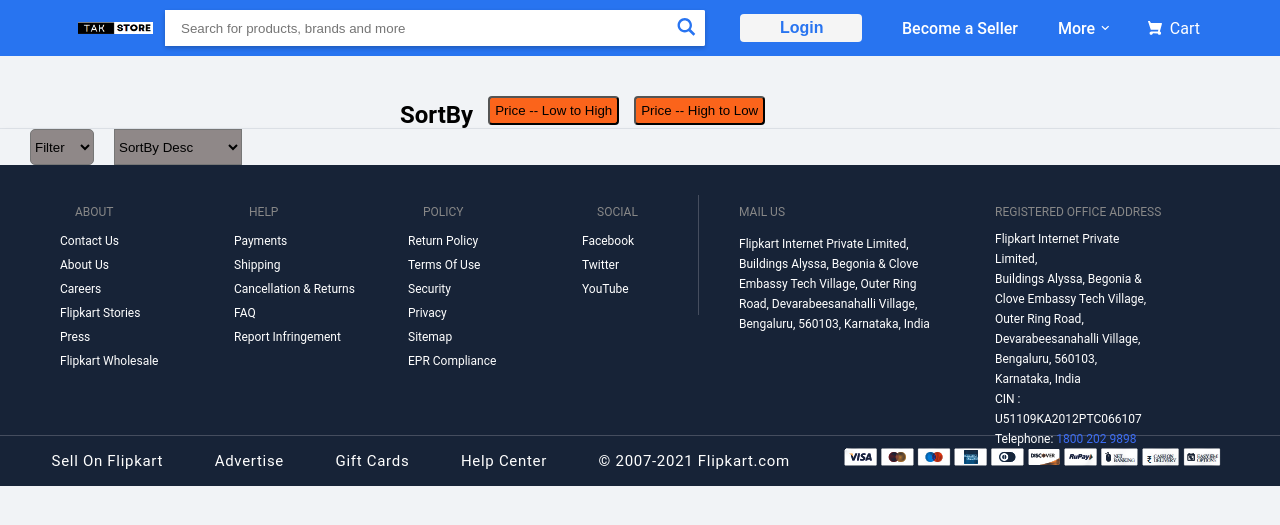
Repository: MSaifKhan01/TAK-Store
Page: PROJECT_Front/fashion.html
The author's editor kept a copy of each file at every save. The page is drawn from the files as they stood at one save, then again after the next save.
The browser window is 1280 px wide. The pictures show the whole page.
The page's requests for data from a server got no answer.

Above is the page before, as saved 2023-07-22 01:07:32.

### PROJECT_Front/fashion.html
<!DOCTYPE html>
<html lang="en">

<head>
    <meta charset="UTF-8">
    <meta http-equiv="X-UA-Compatible" content="IE=edge">
    <meta name="viewport" content="width=device-width, initial-scale=1.0">
    <title>Document</title>
    <link rel="stylesheet" type="text/css" href="./CSS/fashion.css">
    <style>

    </style>
</head>

<body>
    <header>
        <div class="nav-container">
            <div class="logo">
                <img src="./flipkart images/Tak_logo.png"
                    alt="logo">
            </div>
            <div class="search">
                <div class="search-container">
                    <input id="searcBox" type="text" class="search-box" placeholder="Search for products, brands and more">
                    <button id="searchBtn" class="search-btn">
                        <svg width="20" height="20" viewBox="0 0 17 18" class="" xmlns="http://www.w3.org/2000/svg">
                            <g fill="#2874F1" fill-rule="evenodd">
                                <path class="_34RNph"
                                    d="m11.618 9.897l4.225 4.212c.092.092.101.232.02.313l-1.465 1.46c-.081.081-.221.072-.314-.02l-4.216-4.203">
                                </path>
                                <path class="_34RNph"
                                    d="m6.486 10.901c-2.42 0-4.381-1.956-4.381-4.368 0-2.413 1.961-4.369 4.381-4.369 2.42 0 4.381 1.956 4.381 4.369 0 2.413-1.961 4.368-4.381 4.368m0-10.835c-3.582 0-6.486 2.895-6.486 6.467 0 3.572 2.904 6.467 6.486 6.467 3.582 0 6.486-2.895 6.486-6.467 0-3.572-2.904-6.467-6.486-6.467">
                                </path>
                            </g>
                        </svg>
                    </button>
                </div>
            </div>
            <div class="login">
                <div class="dropdown">
                    <!-- onclick="myFunction()" -->
                    <button  class="dropbtn">Login</button>
                    <div id="myDropdown" class="dropdown-content">
                        <a href="login.html">Login</a>
                        <a href="signup.html">Register</a>
                        <a href="product.html">Admin</a>
                    </div>
                </div>
                <!-- <button>
                    <a style="text-decoration: none;" href="login.html">Login</a>

                </button> -->
            </div>
            <div class="become-seller">
                Become a Seller
            </div>
            <div class="more">
                More
                <svg width="4.7" height="8" viewBox="0 0 16 27" xmlns="http://www.w3.org/2000/svg" class="zZ3yfL">
                    <path d="M16 23.207L6.11 13.161 16 3.093 12.955 0 0 13.161l12.955 13.161z" fill="#fff"
                        class="_2gTTdy"></path>
                </svg>
            </div>
            <div class="cart">
                <svg class="V3C5bO" width="14" height="14" viewBox="0 0 16 16" xmlns="http://www.w3.org/2000/svg">
                    <path class="_1bS9ic"
                        d="M15.32 2.405H4.887C3 2.405 2.46.805 2.46.805L2.257.21C2.208.085 2.083 0 1.946 0H.336C.1 0-.064.24.024.46l.644 1.945L3.11 9.767c.047.137.175.23.32.23h8.418l-.493 1.958H3.768l.002.003c-.017 0-.033-.003-.05-.003-1.06 0-1.92.86-1.92 1.92s.86 1.92 1.92 1.92c.99 0 1.805-.75 1.91-1.712l5.55.076c.12.922.91 1.636 1.867 1.636 1.04 0 1.885-.844 1.885-1.885 0-.866-.584-1.593-1.38-1.814l2.423-8.832c.12-.433-.206-.86-.655-.86"
                        fill="#fff"></path>
                </svg>
                <a href="./addTocart.html" style="text-decoration: none;color: white;"><p>Cart <span id="span"></span></p></a>
            </div>
        </div>
    </header>
    <div class="sort">
        <h2>SortBy</h2>
        <button id="sort1">Price -- Low to High</button>
        <button id="sort2">Price -- High to Low</button>
    </div>
    <div class="main">
        <div class="leftdiv">
            <!-- filter part -->
            <div style="display: flex; margin-left: 30px; gap: 20px;">


                <div>
                    <select name="filter" id="filter">
                        <option value="filter">Filter</option>
                    </select>
                </div>
                <div>
                    <select name="featured" id="featured" data-bs-toggle="tooltip" data-bs-title="Another tooltip">
                        <option value="">SortBy Desc</option>
                        <option value="atoz">A To Z</option>
                        <option value="ztoa">Z To A</option>

                    </select>
                </div>
            </div>
        </div>
        <div class="bestofElctronic_product_item">

        </div>
    </div>



    </div>
    </div>
    <!-- footer -->

    <footer>

        <div class="footer-row">
            <div class="footer-col-1">
                <div class="footer-heading">
                    <p>ABOUT</p>
                </div>
                <div class="footer-list">
                    <a href="#">Contact Us</a>
                    <a href="#">About Us</a>
                    <a href="#">Careers</a>
                    <a href="#">Flipkart Stories</a>
                    <a href="#">Press</a>
                    <a href="#">Flipkart Wholesale</a>
                </div>
            </div>
            <div class="footer-col-2">
                <div class="footer-heading">
                    <p>HELP</p>
                </div>
                <div class="footer-list">
                    <a href="#">Payments</a>
                    <a href="#">Shipping</a>
                    <a href="#">Cancellation & Returns</a>
                    <a href="#">FAQ</a>
                    <a href="#">Report Infringement</a>

                </div>
            </div>
            <div class="footer-col-3">
                <div class="footer-heading">
                    <p>POLICY</p>
                </div>
                <div class="footer-list">
                    <a href="#">Return Policy</a>
                    <a href="#">Terms Of Use</a>
                    <a href="#">Security</a>
                    <a href="#">Privacy</a>
                    <a href="#">Sitemap</a>
                    <a href="#">EPR Compliance</a>
                </div>
            </div>
            <div class="footer-col-4">
                <div class="footer-heading">
                    <p>SOCIAL</p>
                </div>
                <div class="footer-list">
                    <a href="#">Facebook</a>
                    <a href="#">Twitter</a>
                    <a href="#">YouTube</a>

                </div>
            </div>

            <div class="footer-col-5">
                <div class="footer-heading">
                    <p>Mail Us</p>
                </div>
                <div class="footer-list">
                    <p>Flipkart Internet Private Limited,
                        Buildings Alyssa, Begonia &
                        Clove Embassy Tech Village,
                        Outer Ring Road, Devarabeesanahalli Village,
                        Bengaluru, 560103,
                        Karnataka, India</p>

                </div>
            </div>

            <div class="footer-col-6">
                <div class="footer-heading">
                    <p>Registered Office Address</p>
                </div>
                <div class="footer-list-address">
                    <p>Flipkart Internet Private Limited,</p>
                    <p>Buildings Alyssa, Begonia &</p>
                    <p>Clove Embassy Tech Village,</p>
                    <p>Outer Ring Road, Devarabeesanahalli Village,</p>
                    <p>Bengaluru, 560103,</p>
                    <p>Karnataka, India</p>
                    <p>CIN : U51109KA2012PTC066107</p>
                    <p> Telephone:<span> 1800 202 9898</span></p>

                </div>
            </div>
        </div>
        <div class="footer-row2">
            <div class="footer-row2-col">
                <p> <i class="fas fa-shopping-bag"></i>Sell On Flipkart</p>
            </div>
            <div class="footer-row2-col">
                <p><i class="fas fa-star"></i>Advertise</p>
            </div>
            <div class="footer-row2-col">
                <p><i class="fas fa-gift"></i>Gift Cards</p>
            </div>
            <div class="footer-row2-col">
                <p><i class="fas fa-question-circle"></i>Help Center</p>
            </div>
            <div class="footer-row2-col">
                <p>© 2007-2021 Flipkart.com</p>
            </div>
            <div class="footer-row2-col">
                <img src="./flipkart images/payment.png" alt="payments">
            </div>
        </div>
    </footer>
</body>

<script>
//     let bestofElctronic_product_itemEl = document.querySelector(".bestofElctronic_product_item")
//     let CartArr = JSON.parse(localStorage.getItem("length")) || [];

//     span.innerText=CartArr

//     fetch("http://localhost:8000/fashion", {
//         method: "GET",
//         headers: {
//             //   authorization: `${sessionStorage.getItem("token")}`,

//             "content-type": "application/json",
//         },
//     })
//         .then((res) => {
//             return res.json();
//         })
//         .then((data) => {

//             display(data);
//             searchbar(data)
//             console.log(data);
//             // display(sorted1)
//         });


//         let sort1=document.getElementById("sort1")
//         sort1.addEventListener("click",()=>{
//             sorting1()
//         })
//         function sorting1(){

//             fetch("http://localhost:8000/fashion/sort1", {
//         method: "GET",
//         headers: {
//             //   authorization: `${sessionStorage.getItem("token")}`,
//             "content-type": "application/json",
//         },
//     })
//         .then((res) => {
//             return res.json();
//         })
//         .then((data) => {
//             console.log(data);
//             display(data);
//             // display(sorted1)
//         });
//         }

//         let sort2=document.getElementById("sort2")
//         sort2.addEventListener("click",()=>{
//             sorting2()
//         })
//         function sorting2(){

//             fetch("http://localhost:8000/fashion/sort2", {
//         method: "GET",
//         headers: {
//             //   authorization: `${sessionStorage.getItem("token")}`,
//             "content-type": "application/json",
//         },
//     })
//         .then((res) => {
//             return res.json();
//         })
//         .then((data) => {
//             console.log(data);
//             display(data);
//             // display(sorted1)
//         });
//         }

//         let featured=document.getElementById("featured")
//         function sorting3(){

//            fetch("http://localhost:8000/fashion/sort3", {
//        method: "GET",
//        headers: {
//            //   authorization: `${sessionStorage.getItem("token")}`,
//            "content-type": "application/json",
//        },
//    })
//        .then((res) => {
//            return res.json();
//        })
//        .then((data) => {
//            console.log(data);
//            display(data);

//        });
//        }
//         function sorting4(){

//            fetch("http://localhost:8000/fashion/sort4", {
//        method: "GET",
//        headers: {
//            //   authorization: `${sessionStorage.getItem("token")}`,
//            "content-type": "application/json",
//        },
//    })
//        .then((res) => {
//            return res.json();
//        })
//        .then((data) => {
//            console.log(data);
//            display(data);

//        });
//        }
//   featured.addEventListener("change",()=>{

//     if(featured.value=="atoz"){
//         sorting3()

//     }else if(featured.value=="ztoa"){
//         sorting4()

//     }

//   })

//   function searchbar(data){
//     let search = document.getElementById("searcBox");
//     search.addEventListener("input", (e) => {
//       e.preventDefault();
//       const value = e.target.value;

//       let newArr = data.filter(element => {

//         return element.size.toLowerCase().includes(value) || element.description.toLowerCase().includes(value);

//       })
//       console.log(data)
//       display(newArr)

//     })

// }



//     function display(data) {

//         bestofElctronic_product_itemEl.innerHTML = null
//         data.forEach(el => {
//             let card = document.createElement("div")
//             card.classList.add("card")
//             let link1 = document.createElement("a")
//             link1.classList.add("BestofElectronic_item")
//             link1.link = el.link
//             let div1 = document.createElement("div")
//             div1.classList.add("bestOfElectornic_image_Product")
//             let img = document.createElement("img")
//             img.src = el.image
//             let div2 = document.createElement("div")
//             div2.classList.add("bestofElectronicmoreOption")

//             let p = document.createElement("p")
//             p.classList.add("bestofElectornicProduct_name")
//             p.innerText = el.description
//             let p2 = document.createElement("p")
//             p2.classList.add("bestofElecronic_discount")
//             p2.innerText = `₹${el.new_price}`
//             let p3 = document.createElement("p")
//             p3.classList.add("bestofElectronic_brand")
//             p3.innerText = el.hidden_stars

//             p3.style.color = 'red'
//             let p4 = document.createElement("p")
//             p4.innerText=el.quantity
//             let div3 = document.createElement("div")
//             div3.classList.add("btndiv")
//             let btn1 = document.createElement("button")
//             btn1.innerText = "Show Details"
//             let btn2 = document.createElement("button")
//             btn2.innerText = "Add to Cart"

//             div1.append(img)
//             div3.append(btn1, btn2)
//             div2.append(p, p2, p3, div3)
//             link1.append(div1, div2)
//             card.append(link1)

//             bestofElctronic_product_itemEl.append(card)


//             btn2.addEventListener("click", () => {
//         // if (checkDuplicate(data)) {
//         //   alert("Product Already in Cart")
//         // } else {
//         //   CartArr.push(el);
//         //   localStorage.setItem("cart", JSON.stringify(CartArr));
//         //   alert("Product Added To Cart")
//         //   window.location.href = "./addTocart.html"
//         // }
// // console.log(el)
// let token=sessionStorage.getItem("token")

//         if(token){
//             fetch(`http://localhost:8000/cart/Fashion/${el._id}`,{

// method:"POST",
// headers:{
//     "Content-Type":"application/json",
//     "Authorization":`${sessionStorage.getItem("token")}`
// }
// // body:JSON.stringify(el)
// })
// .then((res)=>{
// return res.json()
// })
// .then((data)=>{
// // console.log(data)

// if(data.ok){
// alert(data.msg)
// }
// else{
// alert(data.msg)
// }
// // data.push({...el,qty:1})
// // alert("Product added to cart")
// console.log(data)
// })
// .catch((err)=>{
// console.log(err)
// })
//         }else{
//             alert("You need to login")
//         }

//       })




//         })


//     }





// //     function checkDuplicate(data) {
// //     for (let i = 0; i < CartArr.length; i++) {

// //       if (CartArr[i]._id === data._id) {
// //         return true;

// //       }
// //     }
// //     return false;
// //   }


</script>

</html>

<script src="./JS/fashion.js"></script>

Loaded but not shown: PROJECT_Front/JS/fashion.js (255 lines, source omitted); PROJECT_Front/CSS/fashion.css (463 lines, source omitted)

After the next save:
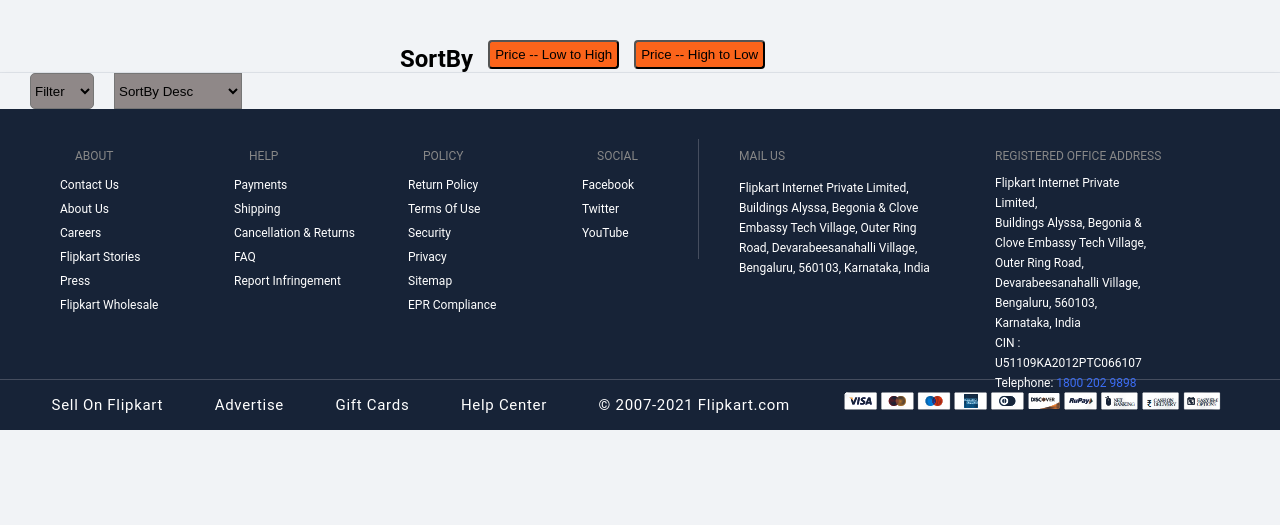
Console error: ReferenceError: span is not defined
Saved 79 s later.
--- a/PROJECT_Front/fashion.html
+++ b/PROJECT_Front/fashion.html
@@ -13,64 +13,7 @@
 </head>
 
 <body>
-    <header>
-        <div class="nav-container">
-            <div class="logo">
-                <img src="./flipkart images/Tak_logo.png"
-                    alt="logo">
-            </div>
-            <div class="search">
-                <div class="search-container">
-                    <input id="searcBox" type="text" class="search-box" placeholder="Search for products, brands and more">
-                    <button id="searchBtn" class="search-btn">
-                        <svg width="20" height="20" viewBox="0 0 17 18" class="" xmlns="http://www.w3.org/2000/svg">
-                            <g fill="#2874F1" fill-rule="evenodd">
-                                <path class="_34RNph"
-                                    d="m11.618 9.897l4.225 4.212c.092.092.101.232.02.313l-1.465 1.46c-.081.081-.221.072-.314-.02l-4.216-4.203">
-                                </path>
-                                <path class="_34RNph"
-                                    d="m6.486 10.901c-2.42 0-4.381-1.956-4.381-4.368 0-2.413 1.961-4.369 4.381-4.369 2.42 0 4.381 1.956 4.381 4.369 0 2.413-1.961 4.368-4.381 4.368m0-10.835c-3.582 0-6.486 2.895-6.486 6.467 0 3.572 2.904 6.467 6.486 6.467 3.582 0 6.486-2.895 6.486-6.467 0-3.572-2.904-6.467-6.486-6.467">
-                                </path>
-                            </g>
-                        </svg>
-                    </button>
-                </div>
-            </div>
-            <div class="login">
-                <div class="dropdown">
-                    <!-- onclick="myFunction()" -->
-                    <button  class="dropbtn">Login</button>
-                    <div id="myDropdown" class="dropdown-content">
-                        <a href="login.html">Login</a>
-                        <a href="signup.html">Register</a>
-                        <a href="product.html">Admin</a>
-                    </div>
-                </div>
-                <!-- <button>
-                    <a style="text-decoration: none;" href="login.html">Login</a>
-
-                </button> -->
-            </div>
-            <div class="become-seller">
-                Become a Seller
-            </div>
-            <div class="more">
-                More
-                <svg width="4.7" height="8" viewBox="0 0 16 27" xmlns="http://www.w3.org/2000/svg" class="zZ3yfL">
-                    <path d="M16 23.207L6.11 13.161 16 3.093 12.955 0 0 13.161l12.955 13.161z" fill="#fff"
-                        class="_2gTTdy"></path>
-                </svg>
-            </div>
-            <div class="cart">
-                <svg class="V3C5bO" width="14" height="14" viewBox="0 0 16 16" xmlns="http://www.w3.org/2000/svg">
-                    <path class="_1bS9ic"
-                        d="M15.32 2.405H4.887C3 2.405 2.46.805 2.46.805L2.257.21C2.208.085 2.083 0 1.946 0H.336C.1 0-.064.24.024.46l.644 1.945L3.11 9.767c.047.137.175.23.32.23h8.418l-.493 1.958H3.768l.002.003c-.017 0-.033-.003-.05-.003-1.06 0-1.92.86-1.92 1.92s.86 1.92 1.92 1.92c.99 0 1.805-.75 1.91-1.712l5.55.076c.12.922.91 1.636 1.867 1.636 1.04 0 1.885-.844 1.885-1.885 0-.866-.584-1.593-1.38-1.814l2.423-8.832c.12-.433-.206-.86-.655-.86"
-                        fill="#fff"></path>
-                </svg>
-                <a href="./addTocart.html" style="text-decoration: none;color: white;"><p>Cart <span id="span"></span></p></a>
-            </div>
-        </div>
-    </header>
+
     <div class="sort">
         <h2>SortBy</h2>
         <button id="sort1">Price -- Low to High</button>

After the 2 saves that followed:
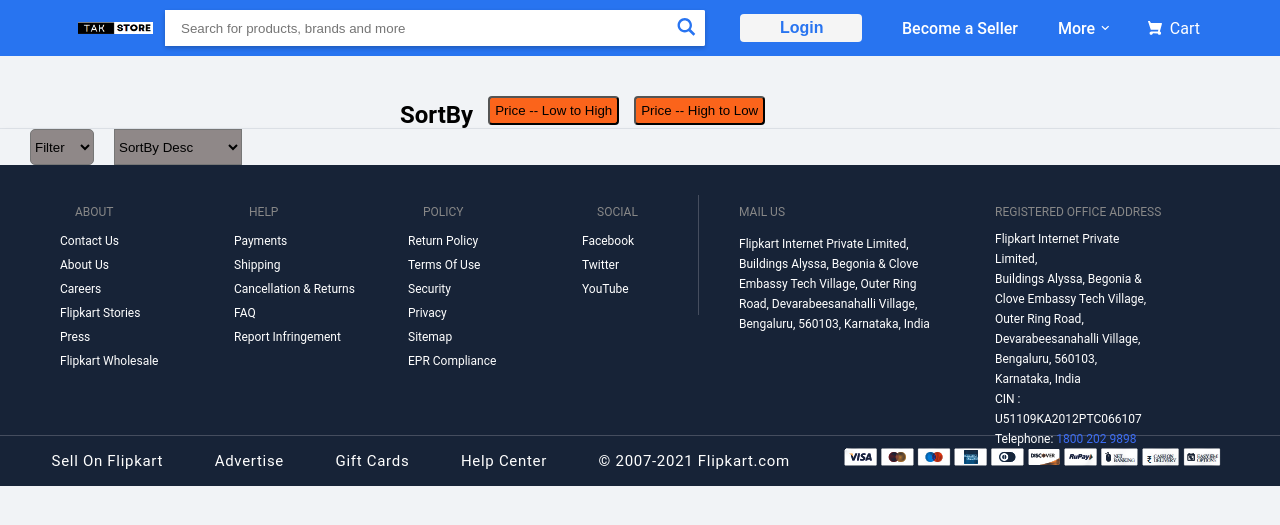
The error is gone.
The 2 saves are shown as one change because 1 left the picture as it was.
The last was saved 2 min 0 s later.
--- a/PROJECT_Front/fashion.html
+++ b/PROJECT_Front/fashion.html
@@ -13,6 +13,66 @@
 </head>
 
 <body>
+    <header>
+        <div class="nav-container">
+            <div class="logo">
+                <img src="./flipkart images/Tak_logo.png"
+                    alt="logo">
+            </div>
+            <div class="search">
+                <div class="search-container">
+                    <input id="searcBox" type="text" class="search-box" placeholder="Search for products, brands and more">
+                    <button id="searchBtn" class="search-btn">
+                        <svg width="20" height="20" viewBox="0 0 17 18" class="" xmlns="http://www.w3.org/2000/svg">
+                            <g fill="#2874F1" fill-rule="evenodd">
+                                <path class="_34RNph"
+                                    d="m11.618 9.897l4.225 4.212c.092.092.101.232.02.313l-1.465 1.46c-.081.081-.221.072-.314-.02l-4.216-4.203">
+                                </path>
+                                <path class="_34RNph"
+                                    d="m6.486 10.901c-2.42 0-4.381-1.956-4.381-4.368 0-2.413 1.961-4.369 4.381-4.369 2.42 0 4.381 1.956 4.381 4.369 0 2.413-1.961 4.368-4.381 4.368m0-10.835c-3.582 0-6.486 2.895-6.486 6.467 0 3.572 2.904 6.467 6.486 6.467 3.582 0 6.486-2.895 6.486-6.467 0-3.572-2.904-6.467-6.486-6.467">
+                                </path>
+                            </g>
+                        </svg>
+                    </button>
+                </div>
+            </div>
+            <div class="login">
+                <div class="dropdown">
+                    <!-- onclick="myFunction()" -->
+                    <button  class="dropbtn">Login</button>
+                    <div id="myDropdown" class="dropdown-content">
+                        <a href="login.html">Login</a>
+                        <a href="signup.html">Register</a>
+                        <a href="product.html">Admin</a>
+                    </div>
+                </div>
+                <!-- <button>
+                    <a style="text-decoration: none;" href="login.html">Login</a>
+
+                </button> -->
+            </div>
+            <div class="become-seller">
+                Become a Seller
+            </div>
+            <div class="more">
+                More
+                <svg width="4.7" height="8" viewBox="0 0 16 27" xmlns="http://www.w3.org/2000/svg" class="zZ3yfL">
+                    <path d="M16 23.207L6.11 13.161 16 3.093 12.955 0 0 13.161l12.955 13.161z" fill="#fff"
+                        class="_2gTTdy"></path>
+                </svg>
+            </div>
+            <div class="cart">
+                <svg class="V3C5bO" width="14" height="14" viewBox="0 0 16 16" xmlns="http://www.w3.org/2000/svg">
+                    <path class="_1bS9ic"
+                        d="M15.32 2.405H4.887C3 2.405 2.46.805 2.46.805L2.257.21C2.208.085 2.083 0 1.946 0H.336C.1 0-.064.24.024.46l.644 1.945L3.11 9.767c.047.137.175.23.32.23h8.418l-.493 1.958H3.768l.002.003c-.017 0-.033-.003-.05-.003-1.06 0-1.92.86-1.92 1.92s.86 1.92 1.92 1.92c.99 0 1.805-.75 1.91-1.712l5.55.076c.12.922.91 1.636 1.867 1.636 1.04 0 1.885-.844 1.885-1.885 0-.866-.584-1.593-1.38-1.814l2.423-8.832c.12-.433-.206-.86-.655-.86"
+                        fill="#fff"></path>
+                </svg>
+                <a href="./addTocart.html" style="text-decoration: none;color: white;"><p>Cart <span id="span"></span></p></a>
+            </div>
+        </div>
+    </header>
+
+
 
     <div class="sort">
         <h2>SortBy</h2>
